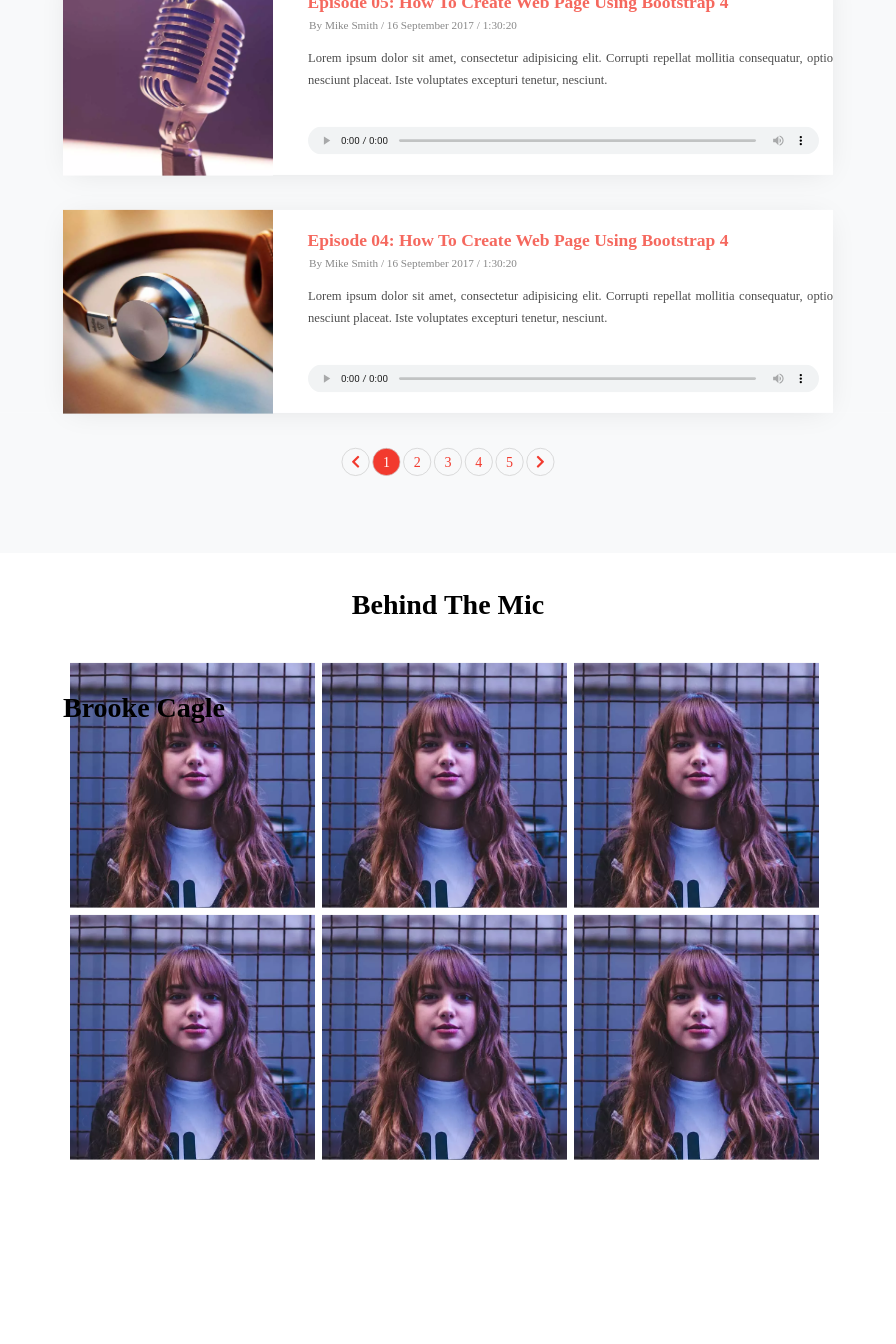
Repository: nhutduy0803/template2
Page: index.html
The author's editor kept a copy of each file at every save. The page is drawn from the files as they stood at one save, then again after the next save.
The browser window is 1280 px wide. The pictures show the part of the page from y = 2077 to 3997 px (the page is 3997 px tall), at 70% of full size.

Above is the page before, as saved 2021-12-09 13:36:07.

### index.html
<!DOCTYPE html>
<html lang="en">
  <head>
    <meta charset="UTF-8" />
    <meta http-equiv="X-UA-Compatible" content="IE=edge" />
    <meta name="viewport" content="width=device-width, initial-scale=1.0" />
    <link rel="stylesheet" href="./assets/css/style.css" />
    <link
      rel="stylesheet"
      href="./assets/css/font/fontawesome-free-5.15.4-web/css/all.min.css"
    />
    <title>Document</title>
  </head>
  <body>
    <script src="./main.js"></script>
    <div class="slider">
      <h2>Podca</h2>
      <img
        src="./assets/css/img/xhero_bg_1.jpg.pagespeed.ic.EJCcE-mhd6.webp"
        alt=""
      />
      <h3>Episode 09: How To Create Web Page Using Bootstrap 4</h3>
      <span>By Mike Smith | 16 September 2017 | 1:30:20</span>
      <div class="subslider">READ THE TRANSCRIPT</div>
      <div class="menu" onclick="openmenu()">
        <i class="fas fa-bars"></i>
      </div>
      <div class="sub-menu">
        <i class="fas fa-times" onclick="closemenu()"></i>
        <div class="home-menu">
          <p>Home</p>
          <i onclick="subhome()" class="fas fa-caret-down"></i>

          <div class="sub-home">
            <li>Menu One</li>
            <li>Menu Two</li>
            <li>Menu Three</li>
            <li>Sub Menu</li>
          </div>
          <div class="drop-down">
            <p>DropDown</p>
            <i onclick="subdropdown() " class="fas fa-caret-down"></i>
            <div class="sub-dropdown">
              <li>Menu One</li>
              <li>Menu two</li>
              <li>Menu three</li>
            </div>
          </div>

          <p>About</p>
          <p>Contact</p>
        </div>
      </div>
    </div>
    <div class="audio">
      <audio class="audio-one" controls>
        <source src="" type="audio/ogg" />
        <source src="" type="audio/mpeg" />
      </audio>
    </div>
    <div class="RecentPodcasts">
      <h2>Recent Podcasts</h2>
      <div class="container">
        <div class="img-pod">
          <img src="./assets/css/img/pod1.webp" alt="" />
        </div>
        <div class="content-pod">
          <h3>Episode 08: How To Create Web Page Using Bootstrap 4</h3>
          <span>By Mike Smith / 16 September 2017 / 1:30:20</span>
          <p>
            Lorem ipsum dolor sit amet, consectetur adipisicing elit. Corrupti
            repellat mollitia consequatur, optio nesciunt placeat. Iste
            voluptates excepturi tenetur, nesciunt.
          </p>
          <audio class="audiopod" controls>
            <source src="" type="audio/mpeg" />
          </audio>
        </div>
      </div>
      <div class="container">
        <div class="img-pod">
          <img src="./assets/css/img/pod2.webp" alt="" />
        </div>
        <div class="content-pod">
          <h3>Episode 07: How To Create Web Page Using Bootstrap 4</h3>
          <span>By Mike Smith / 16 September 2017 / 1:30:20</span>
          <p>
            Lorem ipsum dolor sit amet, consectetur adipisicing elit. Corrupti
            repellat mollitia consequatur, optio nesciunt placeat. Iste
            voluptates excepturi tenetur, nesciunt.
          </p>
          <audio class="audiopod" controls>
            <source src="" type="audio/mpeg" />
          </audio>
        </div>
      </div>
      <div class="container">
        <div class="img-pod">
          <img src="./assets/css/img/pod3.webp" alt="" />
        </div>
        <div class="content-pod">
          <h3>Episode 06: How To Create Web Page Using Bootstrap 4</h3>
          <span>By Mike Smith / 16 September 2017 / 1:30:20</span>
          <p>
            Lorem ipsum dolor sit amet, consectetur adipisicing elit. Corrupti
            repellat mollitia consequatur, optio nesciunt placeat. Iste
            voluptates excepturi tenetur, nesciunt.
          </p>
          <audio class="audiopod" controls>
            <source src="" type="audio/mpeg" />
          </audio>
        </div>
      </div>
      <div class="container">
        <div class="img-pod">
          <img src="./assets/css/img/pod4.webp" alt="" />
        </div>
        <div class="content-pod">
          <h3>Episode 05: How To Create Web Page Using Bootstrap 4</h3>
          <span>By Mike Smith / 16 September 2017 / 1:30:20</span>
          <p>
            Lorem ipsum dolor sit amet, consectetur adipisicing elit. Corrupti
            repellat mollitia consequatur, optio nesciunt placeat. Iste
            voluptates excepturi tenetur, nesciunt.
          </p>
          <audio class="audiopod" controls>
            <source src="" type="audio/mpeg" />
          </audio>
        </div>
      </div>
      <div class="container">
        <div class="img-pod">
          <img src="./assets/css/img/pod5.webp" alt="" />
        </div>
        <div class="content-pod">
          <h3>Episode 04: How To Create Web Page Using Bootstrap 4</h3>
          <span>By Mike Smith / 16 September 2017 / 1:30:20</span>
          <p>
            Lorem ipsum dolor sit amet, consectetur adipisicing elit. Corrupti
            repellat mollitia consequatur, optio nesciunt placeat. Iste
            voluptates excepturi tenetur, nesciunt.
          </p>
          <audio class="audiopod" controls>
            <source src="" type="audio/mpeg" />
          </audio>
        </div>
      </div>
    </div>
    <div class="list-pod">
      <li><i class="fas fa-chevron-left"></i></li>
      <li>1</li>
      <li>2</li>
      <li>3</li>
      <li>4</li>
      <li>5</li>
      <li><i class="fas fa-chevron-right"></i></li>
    </div>
    <div class="BehindTheMic">
      <h2>Behind The Mic</h2>
      <div class="container-behind">
        <div class="picture-behind">
          <img src="./assets/css/img/behind1.webp" alt="" />
        </div>
        <div class="content-behind">
          <h2>Brooke Cagle</h2>
        </div>
      </div>
      <div class="container-behind">
        <div class="picture-behind">
          <img src="./assets/css/img/behind1.webp" alt="" />
        </div>
      </div>
      <div class="container-behind">
        <div class="picture-behind">
          <img src="./assets/css/img/behind1.webp" alt="" />
        </div>
      </div>
      <div class="container-behind">
        <div class="picture-behind">
          <img src="./assets/css/img/behind1.webp" alt="" />
        </div>
      </div>
      <div class="container-behind">
        <div class="picture-behind">
          <img src="./assets/css/img/behind1.webp" alt="" />
        </div>
      </div>
      <div class="container-behind">
        <div class="picture-behind">
          <img src="./assets/css/img/behind1.webp" alt="" />
        </div>
      </div>
    </div>
  </body>
</html>

### assets/css/style.css
* {
  margin: 0;
  padding: 0;
  box-sizing: border-box;
}

.slider {
  width: 100%;
  height: 100vh;
  position: relative;
}

.slider::before {
  content: " ";
  position: absolute;
  top: 0;
  left: 0;
  right: 0;
  bottom: 0;
  background-color: rgba(0, 0, 0, 0.4);
}

.slider img {
  width: 100%;
  height: 100%;
}

.slider h2 {
  position: absolute;
  top: 50px;
  left: 50px;
  color: #fff;
  font-size: 40px;
}
.menu {
  position: absolute;
  right: 50px;
  top: 50px;
  font-size: 30px;
  color: #fff;
}

.slider h3 {
  text-align: center;
  position: absolute;
  transform: translate(-50%);
  top: 30%;
  left: 50%;
  color: #fff;
  font-size: 40px;
  line-height: 1.6;
  font-size: 50px;
}

.slider span {
  position: absolute;
  top: 58%;
  left: 50%;
  transform: translate(-50%);
  color: #ffffff80;
}

.subslider {
  width: 250px;
  background-color: #f23a2e;
  display: flex;
  justify-content: center;
  align-items: center;
  color: #fff;
  font-size: 15px;
  letter-spacing: 2px;
  height: 60px;
  position: absolute;
  top: 65%;
  left: 50%;
  transform: translate(-50%);
  transition: 0.3s;
  border-radius: 5px;
}

.subslider:hover {
  position: absolute;
  top: 64%;
  box-shadow: 0 5px 20px -7px rgba(0, 0, 0, 0.9);
  transition: 0.3s;
}

.sub-menu {
  width: 300px;
  background-color: #fff;
  position: absolute;
  right: -300px;
  top: 0;
  height: 100vh;
  position: fixed;
  transition: 0.3s;
  box-shadow: 0 0 10px rgba(0, 0, 0, 0.4);
}

.sub-menu.openmenu {
  transition: 0.3s;
  right: 0;
}

.sub-menu .fas {
  position: absolute;
  font-size: 25px;
  right: 15px;
  top: 15px;
  transition: 0.2s;
}

.sub-menu .fas:hover {
  transition: 0.2s;
  color: rgb(104, 103, 103);
}

.home-menu {
  margin-top: 100px;
  font-size: 20px;
  margin-left: 15%;
}

.home-menu p {
  margin-bottom: 30px;
  color: #212529;
  transition: 0.3s;
}

.home-menu p:nth-child(2) {
  width: 100%;
  background-color: #fff;
  height: 200px;
}

.home-menu p:hover {
  transition: 0.3s;
  color: #f00;
}

.fa-caret-down {
  margin-top: 85px;
  margin-right: 20px;
}

.drop-down {
  position: relative;
}

.drop-down .fa-caret-down {
  position: absolute;
  top: -85px;
}
.sub-home {
  margin-top: -20px;
  width: 200px;
  height: 0px;
  background-color: #fff;
  visibility: hidden;
  transition: 0.5s;
  opacity: 0;
  margin-bottom: 20px;
}

.sub-home.opensubhome {
  height: 170px;
  visibility: inherit;
  transition: 0.5s;
  opacity: 1;
}

.sub-home li {
  padding: 10px 0px;
  font-weight: 300;
  margin-left: 30px;
  font-size: 17px;
  list-style-type: none;
  /* transition: 0.3s; */
}

.sub-home li:hover {
  transition: 0.3s;
  color: #f00;
}

.sub-dropdown {
  margin-top: -20px;
  background-color: #fff;
  height: 0px;
  width: 200px;
  visibility: hidden;
  transition: 0.3s;
  opacity: 0;
  margin-bottom: 20px;
}

.sub-dropdown li {
  padding-top: 22.5px;
  margin-left: 30px;
  font-weight: 300;
  font-size: 17px;
  list-style-type: none;
  transition: 0.3s;
}

.sub-dropdown li:hover {
  transition: 0.3s;
  color: #f00;
}

.sub-dropdown.opensubdropdown {
  opacity: 1;
  visibility: inherit;
  transition: 0.3s;
  height: 150px;
}

.audio {
  display: flex;
  justify-content: center;
  align-items: center;
  width: 100%;
  background-color: #f8f9fa;
  height: 200px;
}

.audio-one {
  width: 750px;
  height: 40px;
}

.RecentPodcasts {
  background: #f8f9fa;
  height: auto;
  width: 100%;
  text-align: center;
}

.RecentPodcasts h2 {
  font-size: 40px;
  margin-bottom: 50px;
}

.container {
  width: 1100px;
  height: 290px;
  position: relative;
  margin: auto;
  box-shadow: 0 5px 40px -10px rgb(0 0 0 / 10%);
  margin-top: 50px;
}

.img-pod {
  position: absolute;
  top: 0;
  left: 0;
  height: 290px;
  width: 300px;
}

.img-pod img {
  width: 100%;
  height: 100%j;
}

.content-pod {
  padding-top: 30px;
  background: #fff;
  height: 100%;
}

.content-pod h3 {
  font-size: 25px;
  margin-left: 200px;
  color: #f23b2ec4;
  margin-bottom: 10px;
}

.content-pod span {
  margin-left: -100px;
  color: #888;
}

.content-pod p {
  line-height: 1.8;
  margin-top: 20px;
  text-align: justify;
  margin-left: 350px;
  font-size: 18px;
  color: #4d4d4d;
  font-weight: 300;
}

.audiopod {
  margin-top: 50px;
  width: 730px;
  height: 40px;
  margin-left: 330px;
}

.list-pod {
  background: #f8f9fa;
  height: 200px;
  width: 100%;
  text-align: center;
}

.list-pod li {
  padding-top: 7.5px;
  margin-top: 50px;
  list-style-type: none;
  border-radius: 50%;
  height: 40px;
  width: 40px;
  border: 1px solid #ccc;
  display: inline-block;
  color: #f23a2e;
  font-size: 20px;
}

.list-pod li:nth-child(2) {
  font-size: 20px;
  color: #fff;
  background: #f23a2e;
}

.BehindTheMic {
  width: 100%;
  height: 150vh;
  background: #fff;
  text-align: center;
}

.BehindTheMic h2 {
  margin-top: 50px;
  font-size: 40px;
  margin-bottom: 50px;
}

.container-behind {
  margin: auto;
  width: 1100px;
}

.picture-behind {
  margin-left: 10px;
  float: left;
  width: 350px;
  height: 350px;
  overflow: hidden;
  margin-top: 10px;
  position: relative;
}

.picture-behind img {
  width: 100%;
  height: 100%;
  transition: 0.3s;
  position: relative;
}

.picture-behind:hover::before {
  opacity: 0.6;
}

.picture-behind::before {
  position: absolute;
  width: 100%;
  height: 100%;
  top: 0;
  left: 0;
  right: 0;
  bottom: 0;
  background: #f23a2e;
  opacity: 0;
  content: " ";
  transition: 0.5s;
  z-index: 1;
}

.content-behind {
  position: absolute;
}

### main.js
function openmenu() {
  var openmenu = document.querySelector(".sub-menu");
  openmenu.classList.add("openmenu");
}

function closemenu() {
  var openmenu = document.querySelector(".sub-menu");
  openmenu.classList.remove("openmenu");
}

function subhome() {
  var opensubhome = document.querySelector(".sub-home");
  opensubhome.classList.toggle("opensubhome");
}

function subdropdown() {
  var subdropdown = document.querySelector(".sub-dropdown");
  subdropdown.classList.toggle("opensubdropdown");
}

Loaded but not shown: assets/css/font/fontawesome-free-5.15.4-web/css/all.min.css (library)

After the next save:
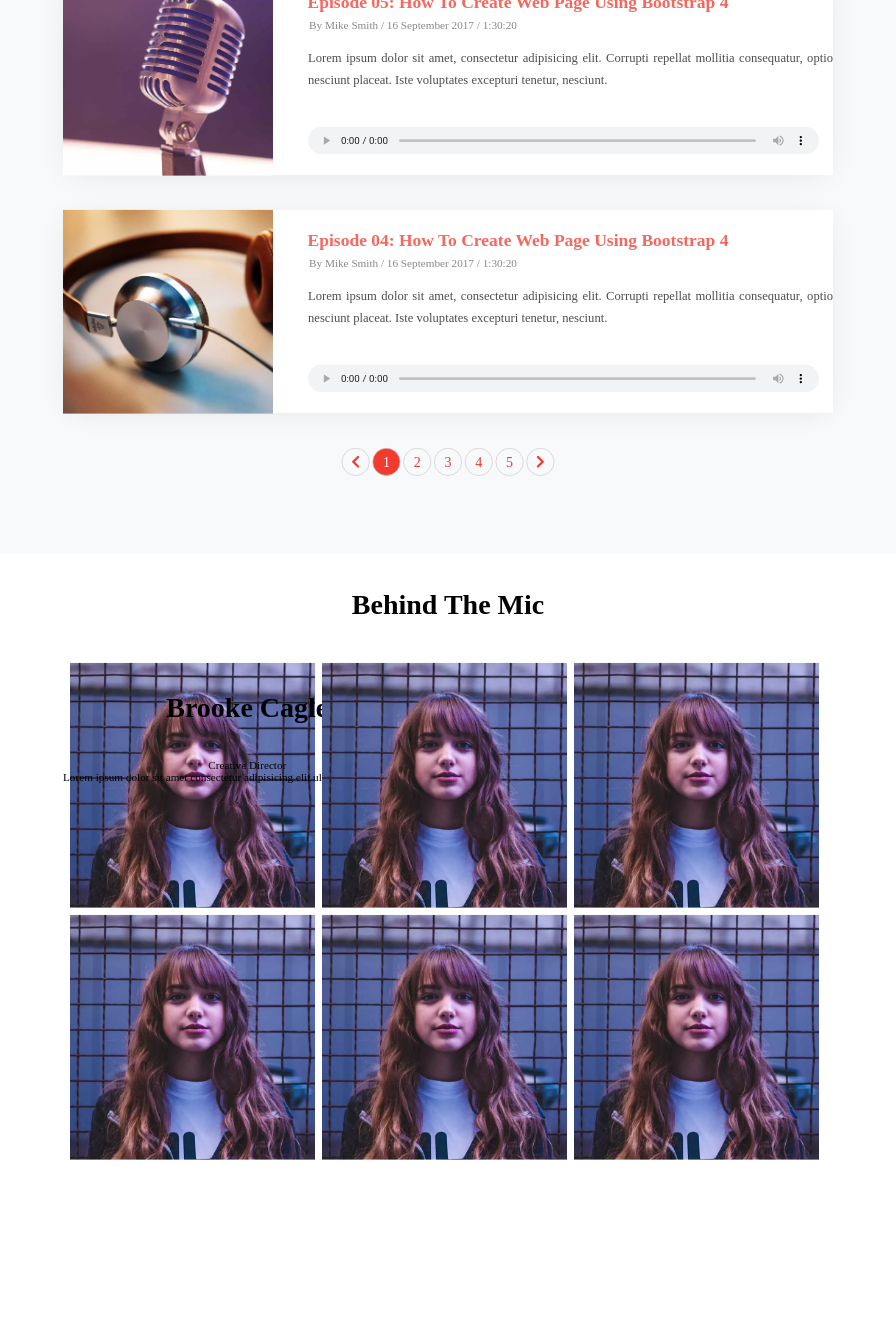
Saved 35 s later.
--- a/index.html
+++ b/index.html
@@ -163,6 +163,11 @@
         </div>
         <div class="content-behind">
           <h2>Brooke Cagle</h2>
+          <span>Creative Director</span>
+          <p>
+            Lorem ipsum dolor sit amet consectetur adipisicing elit ullam
+            reprehenderit nemo.
+          </p>
         </div>
       </div>
       <div class="container-behind">
